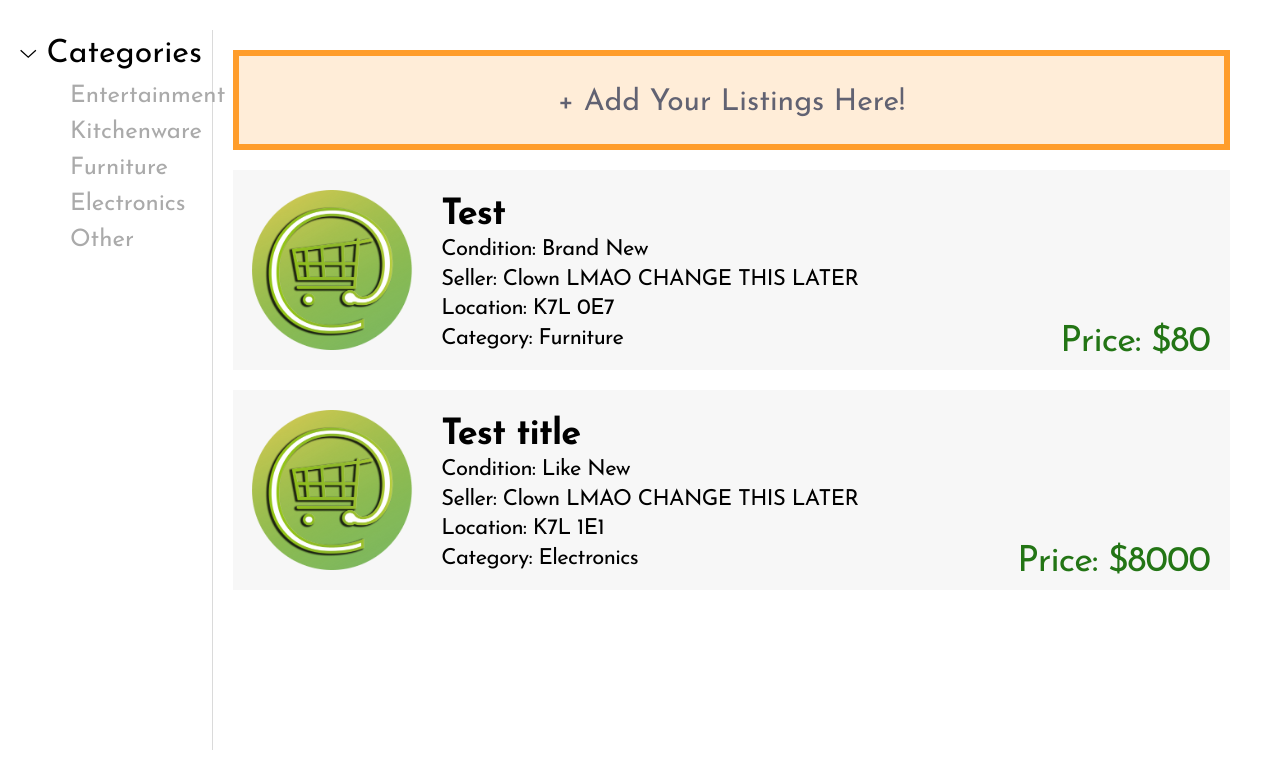
Repository: AdwaitSri/Kingston-Marketplace
Page: /listings (app in qhacks-24/)
An editor plug-in stored every save of this project. The page is shown before and after the next save, followed by the edit.
The browser window is 1280 px wide. The pictures show the whole page.
The project was rebuilt for these pictures with package versions that can differ from the ones it lists, and the page was loaded fresh each time. Also part of the build but not shown: qhacks-24/src/components/HomeNavbar.js, qhacks-24/src/pages/Home.js, qhacks-24/src/pages/Signup.js, qhacks-24/src/components/CreationNavbar.js, qhacks-24/src/pages/Creation.js, qhacks-24/src/pages/Item.js.

Above is the page before, as saved 2024-02-03 18:52:44.

After the next save:
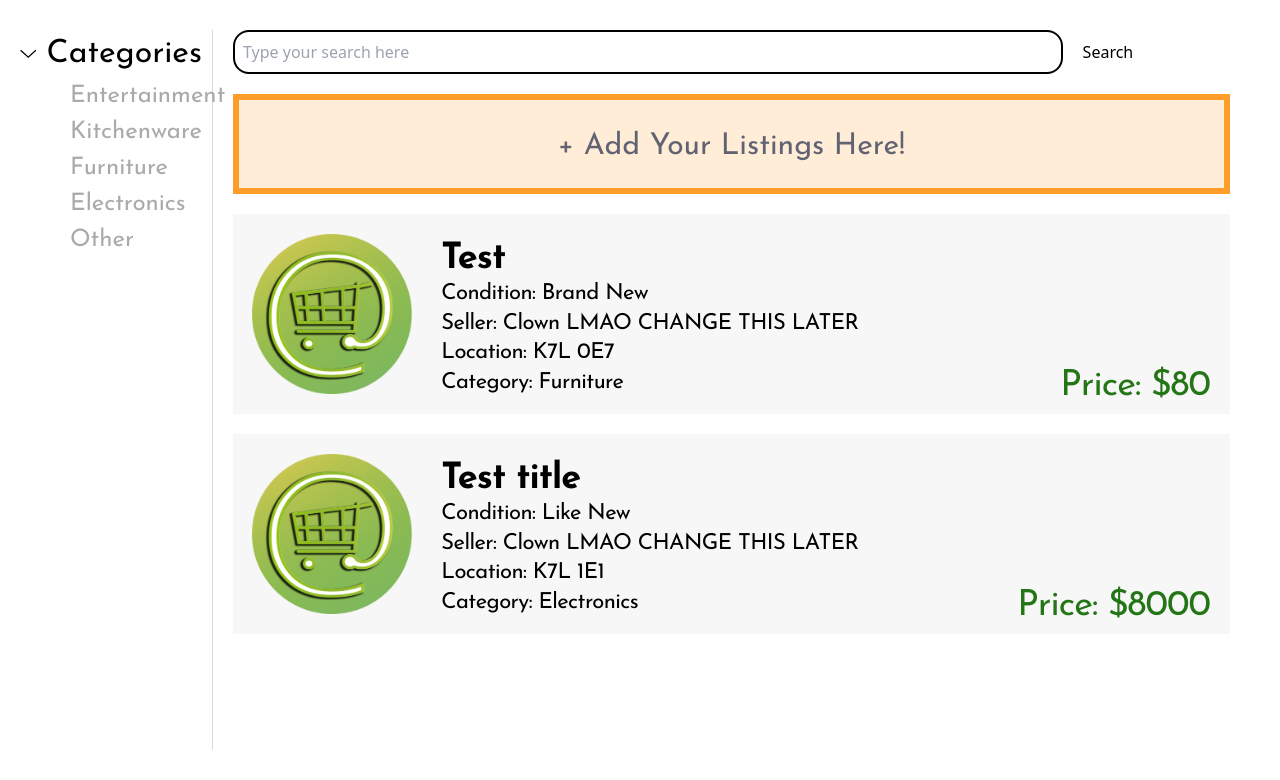
Saved 26 min 38 s later.
--- a/qhacks-24/src/pages/Listings.js
+++ b/qhacks-24/src/pages/Listings.js
@@ -187,6 +187,16 @@ export default function Listings() {
             <div
                 className="w-[85%]"
             >
+                <form className="w-full">
+                    <input
+                        className="border-2 border-black border-solid rounded-2xl w-[80%] mx-[20px] p-2"
+                        type="text"
+                        name="search"
+                        placeholder="Type your search here"
+                    />
+                    <button type="submit" value="Search">Search</button>
+                </form>
+
                 <div className="flex justify-between m-[20px]">
                     <div
                         className="w-full h-[100px] bg-[#f7f7f7] flex items-center"
